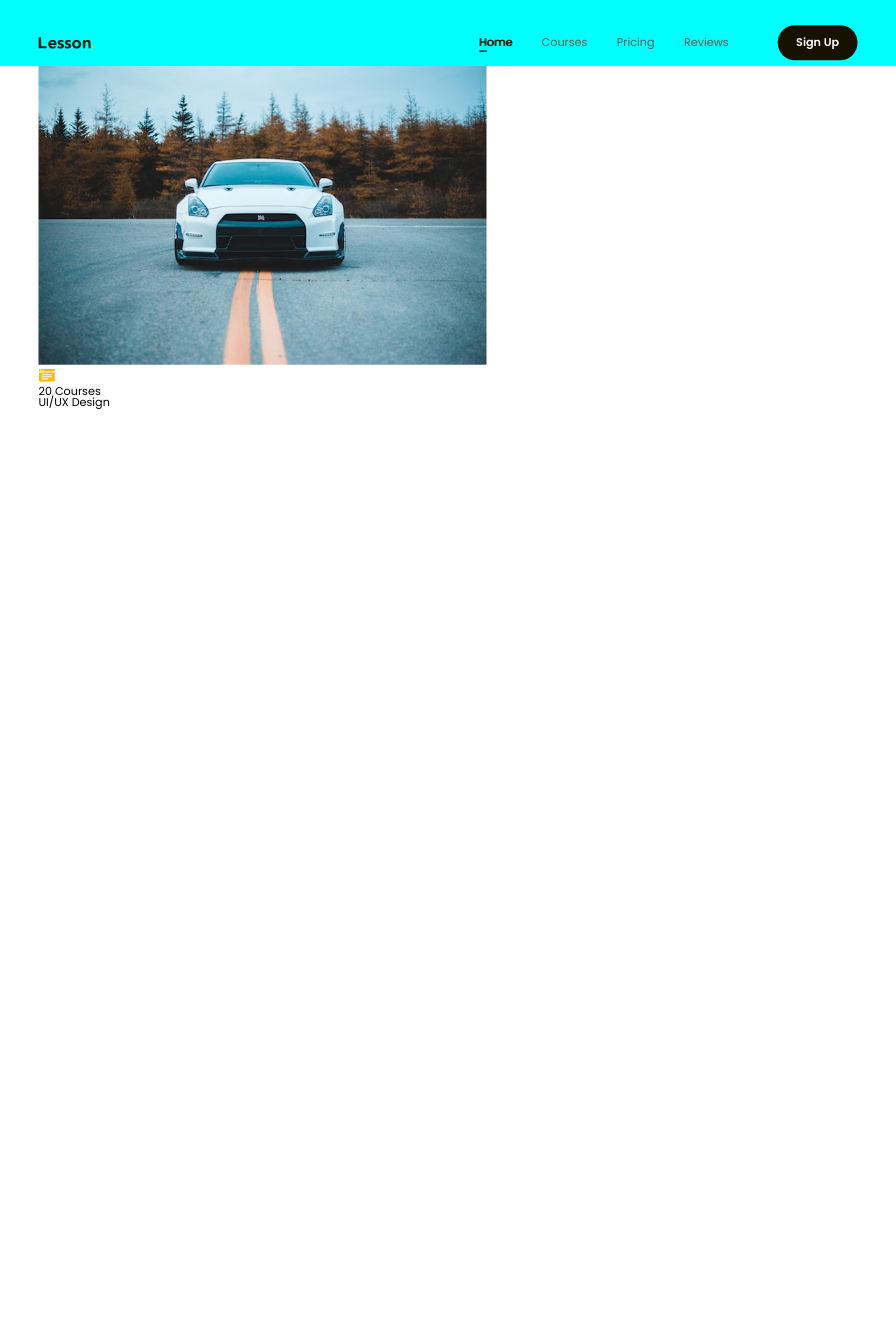
Repository: dongnguyen2112/htmlcss-project-02
Page: index.html
These files come from the project's save history. The page is drawn as it stood at one moment and after the next save; the edit follows.
The browser window is 1280 px wide. The pictures show the part of the page from y = 0 to 1920 px (the page is 5000 px tall), at 70% of full size.

Above is the page before, as saved 2023-07-03 13:24:48.

### index.html
<!DOCTYPE html>
<html lang="en">
    <head>
        <meta charset="UTF-8" />
        <meta name="viewport" content="width=device-width, initial-scale=1.0" />
        <title>F8 project 01</title>
        <!-- Reset CSS -->
        <link rel="stylesheet" href="./assets/css/reset.css" />
        <!-- Font -->
        <link rel="preconnect" href="https://fonts.googleapis.com" />
        <link rel="preconnect" href="https://fonts.gstatic.com" crossorigin />
        <link
            href="https://fonts.googleapis.com/css2?family=Poppins:ital,wght@0,400;0,500;0,600;0,700;1,400&family=Sen:wght@700&display=swap"
            rel="stylesheet"
        />
        <!-- Style CSS -->
        <link rel="stylesheet" href="./assets/css/styles.css" />
    </head>
    <body>
        <main style="height: 5000px">
            <!-- Header -->
            <header class="header fixed">
                <div class="main-content">
                    <div class="body">
                        <!-- Logo -->
                        <img src="./assets/img/Logo..png" alt="" class="logo">
                        <!-- Nav -->
                        <nav class="nav">
                            <ul>
                                <li class="active">
                                    <a href="#!">Home</a>
                                </li>
                                <li>
                                    <a href="#!">Courses</a>
                                </li>
                                <li>
                                    <a href="#!">Pricing</a>
                                </li>
                                <li>
                                    <a href="#!">Reviews</a>
                                </li>
                            </ul>
                        </nav>
                        <!-- Action -->
                        <div class="action">
                            <a href="#!" class="btn sign-up-btn">Sign Up </a>
                        </div>
                    </div>
            </header>
            <!-- Hero -->
            <div class="hero">
                <div class="main-content">
                    <div class="body">
                        <!-- Hero-left -->
                        <div class="media-block">
                            <img src="./assets/img/hero-img.jpg" alt="Learn without limits and spread knowledge." class="img">

                            <div class="hero-sumary">
                                <div class="item">
                                    <div class="icon">
                                        <img src="./assets/icon/list.svg" alt="">
                                    </div>
                                    <div class="info">
                                        <div class="lable">20 Courses</div>
                                        <div class="title">UI/UX Design</div>
                                    </div>
                                </div>
                            </div>
                        </div>
                        <!-- Hero-right -->
                        <div class="content-block">

                        </div>
                    </div>
                </div>
            </div>
        </main>
    </body>
</html>

### assets/css/styles.css
* {
    box-sizing: border-box;
}
html {
    font-size: 62.5%;
}
body {
    font-size: 1.6rem;
    font-family: "Poppins", sans-serif;
}
/* Common */
a {
    text-decoration: none;
}
.main-content {
    width: 1170px;
    max-width: calc(100% - 48px);
    margin-left: auto;
    margin-right: auto;
}
.btn {
    display: inline-block;
    min-width: 118px;
    padding: 0 16px;
    line-height: 50px;
    color: #fff;
    text-align: center;
    font-size: 1.6rem;
    font-weight: 600;
    border-radius: 24.5px;
    background: #171100;
}
/* Header */
.header {
    background-color: aqua;
}
.header.fixed {
    position: sticky;
    top: -28px;
}
.header .body {
    display: flex;
    align-items: center;
    padding: 36px 0 8px;
}
.header .sign-up-btn {
    min-width: 114px;
}
.header .action {
    margin-left: 49px;
}
.nav {
    margin-left: auto;
}
.nav ul {
    display: flex;
}
.nav a {
    color: #5f5b53;
    font-size: 1.6rem;
    padding: 8px 21px;
    position: relative;
}
.nav a:hover,
.nav .active a {
    color: #171100;
    font-size: 1.6rem;
    /* font-weight: 600; */
    text-shadow: 1px 0 0 currentColor;
}
.nav .active a::after {
    content: "";
    left: 21px;
    display: block;
    width: 12px;
    height: 2px;
    border-radius: 1px;
    background: #171100;
    position: absolute;
    bottom: 6px;
}

Loaded but not shown: assets/css/reset.css (common file)

After the next save:
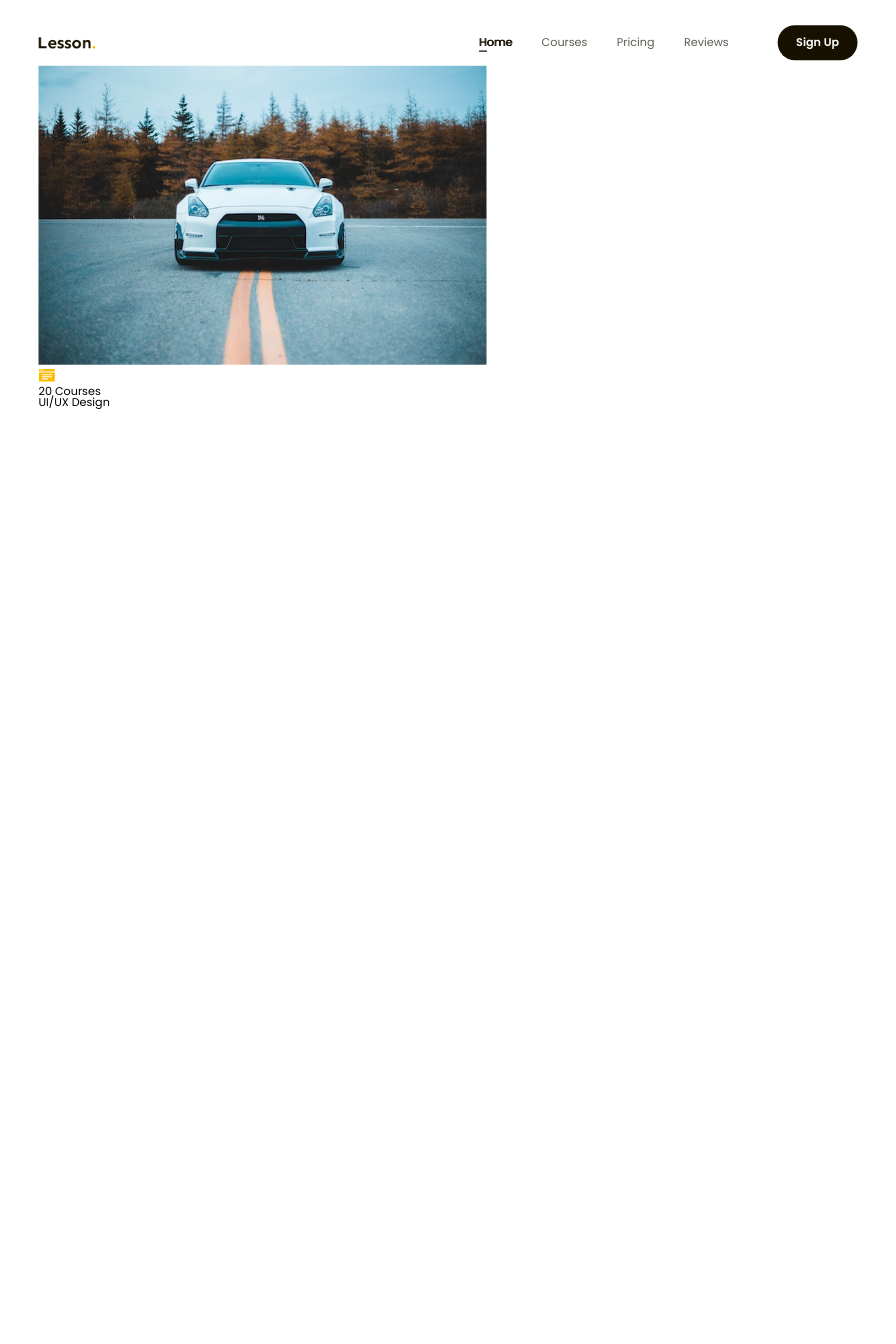
Saved 20 s later.
--- a/assets/css/styles.css
+++ b/assets/css/styles.css
@@ -31,9 +31,7 @@ a {
     background: #171100;
 }
 /* Header */
-.header {
-    background-color: aqua;
-}
+
 .header.fixed {
     position: sticky;
     top: -28px;
